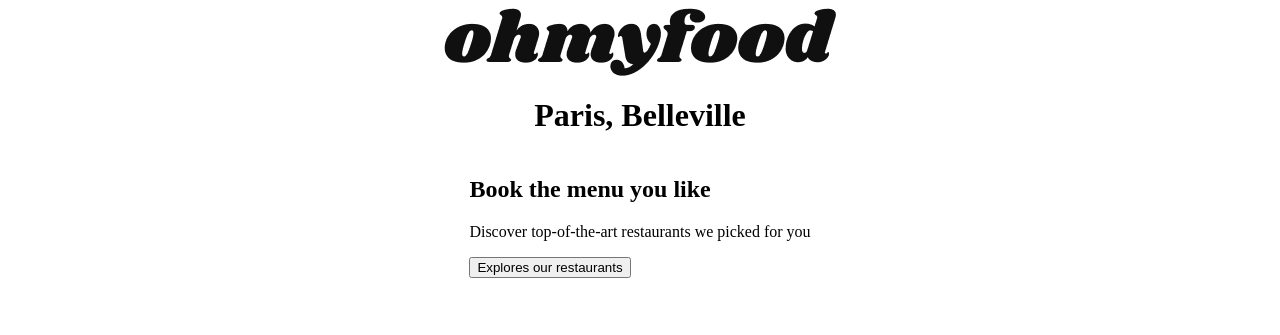
Repository: ailahin/ohmyfood
Page: Index.html
An editor plug-in stored every save of this project. The page is shown before and after the next save, followed by the edit.
The browser window is 1280 px wide. The pictures show the whole page.

Above is the page before, as saved 2023-08-11 00:11:11.

### Index.html
<!DOCTYPE html>
<html lang="en">
<head>
    <meta charset="UTF-8">
    <meta name="viewport" content="width=device-width, initial-scale=1.0">
    <title>ohmyfood</title>
    <link rel="stylesheet" href="index.css">
</head>
<body>
    <header>
        <div class="header-img">
            <img src="/images/logo/ohmyfood.png" alt="">
        </div>

        <div class="header-title">
            <h1> Paris, Belleville</h1>
        </div>

    </header>
    <nav>

      <div>
        <h1> Book the menu you like</h1>
        <p> Discover top-of-the-art restaurants we <span class="span-text">picked for you</span></p>

        <button>
            Explores our restaurants
        </button>
      </div>

    </nav>

    <section>

    </section>
    <footer>

    </footer>
</body>
</html>

### index.css

.header-img{
    display: flex;
    align-items: center;
    justify-content:center;

}
.header-title{
    display: flex;
    align-items: center;
    justify-content:center;

}
nav{
    align-items: center;
    justify-content: center;
    display: flex;
    .span-text{


    }

}

After the next save:
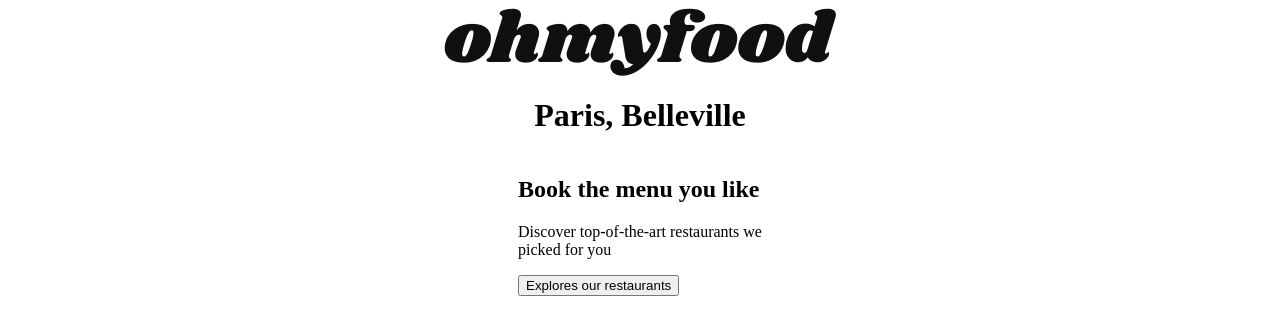
Saved 20 s later.
--- a/Index.html
+++ b/Index.html
@@ -21,7 +21,7 @@
 
       <div>
         <h1> Book the menu you like</h1>
-        <p> Discover top-of-the-art restaurants we <span class="span-text">picked for you</span></p>
+        <p> Discover top-of-the-art restaurants we <br> <span class="span-text">picked for you</span></p>
 
         <button>
             Explores our restaurants
